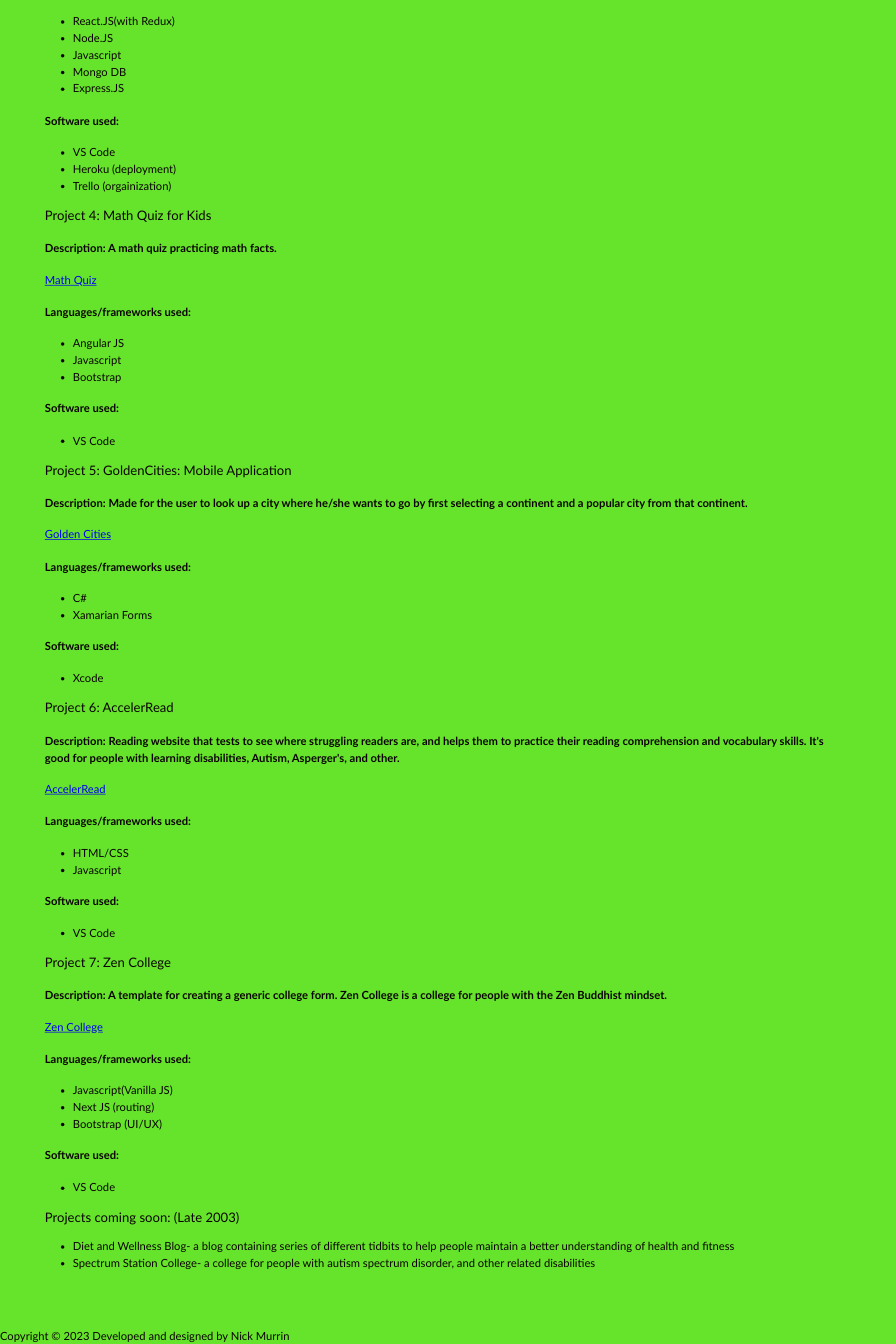
Repository: collegedude9300/modernport
Page: about.html
An editor plug-in stored every save of this project. The page is shown before and after the next save, followed by the edit.
The browser window is 1280 px wide. The pictures show the part of the page from y = 1350 to 3270 px (the page is 3270 px tall before and 3246 px after), at 70% of full size.

Above is the page before, as saved 2023-05-08 14:59:35.

After the next save:
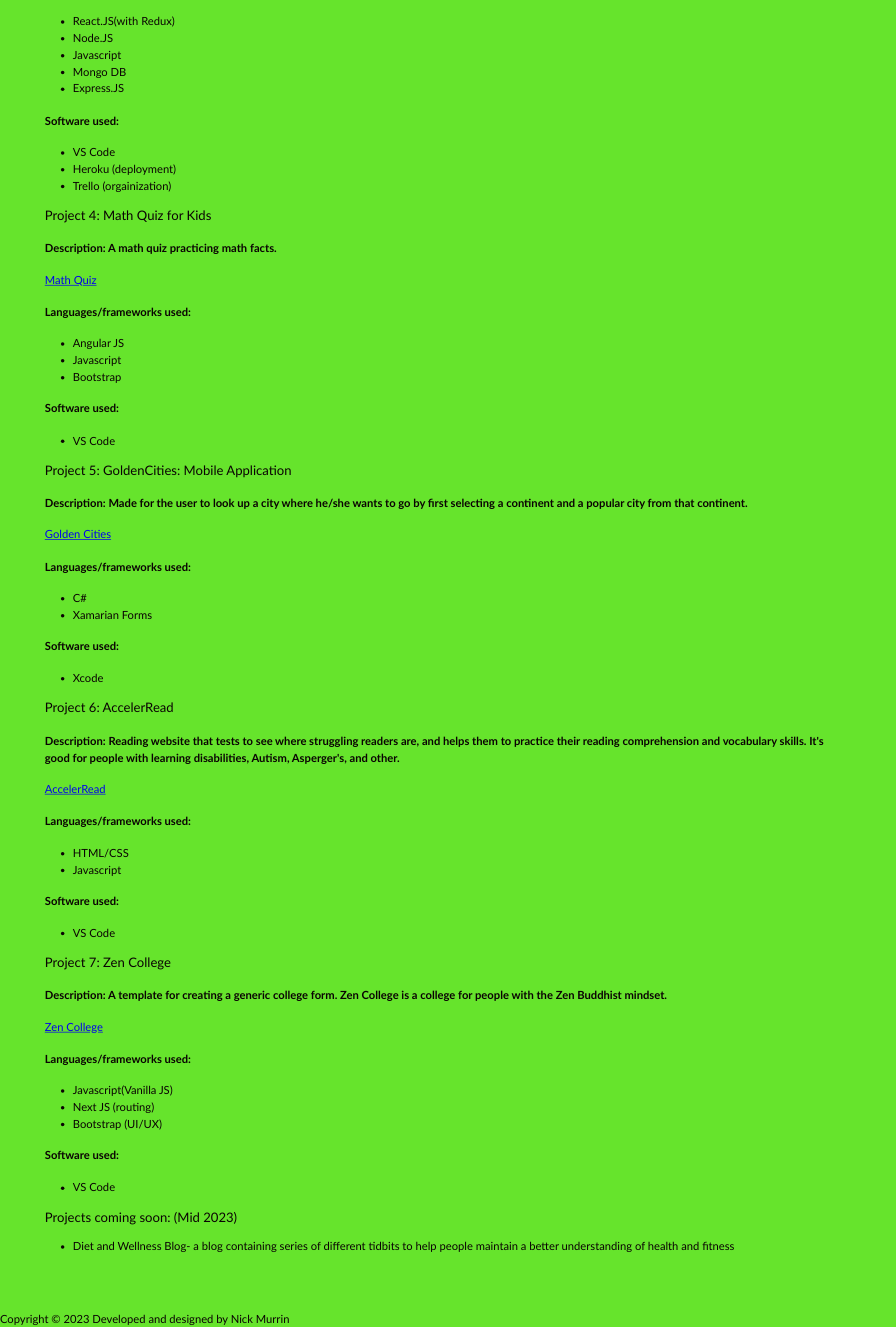
Saved 19 days later.
--- a/about.html
+++ b/about.html
@@ -171,10 +171,9 @@ and helps them to practice their reading comprehension and vocabulary skills.
 </ul>
 </div>
 </div>
-<h3> Projects coming soon: (Late 2003)      </h3>
+<h3> Projects coming soon: (Mid 2023)      </h3>
 <ul>
   <li> Diet and Wellness Blog- a blog containing series of different tidbits to help people maintain a better understanding of health and fitness</li>
-  <li> Spectrum Station College- a college for people with autism spectrum disorder, and other related disabilities</li>
 </ul>
 </main>
   <footer id="main-footer">
